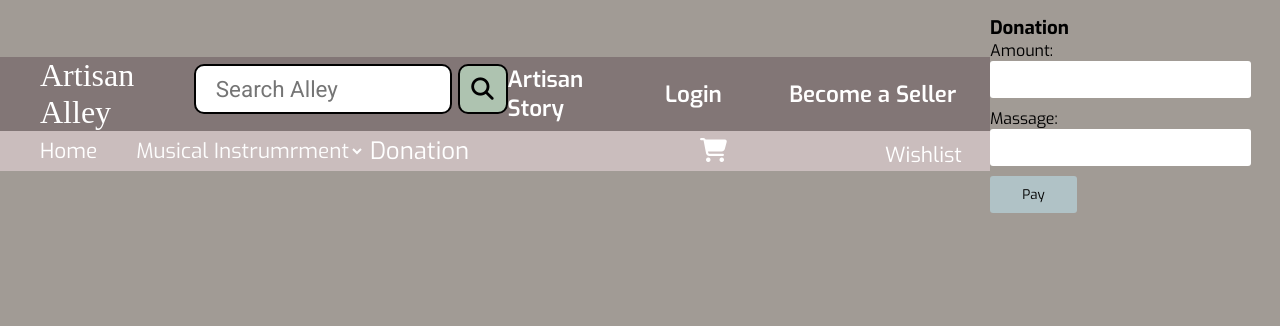
Repository: RingkhangBTY/Bytehacks_Hackathon_Project
Page: donation.html
These files come from the project's save history. The page is drawn as it stood at one moment and after the next save; the edit follows.
The browser window is 1280 px wide. The pictures show the whole page.
Some web fonts or font styles are not loaded; a fallback is used.

Above is the page before, as saved 2024-11-27 10:34:15.

### donation.html
<!DOCTYPE html>
<html lang="en">
<head>
    <meta charset="UTF-8">
    <meta name="viewport" content="width=device-width, initial-scale=1.0">
    <title>Document</title>
    <link
      rel="stylesheet"
      href="https://cdnjs.cloudflare.com/ajax/libs/font-awesome/6.7.1/css/all.min.css"
      integrity="sha512-5Hs3dF2AEPkpNAR7UiOHba+lRSJNeM2ECkwxUIxC1Q/FLycGTbNapWXB4tP889k5T5Ju8fs4b1P5z/iB4nMfSQ=="
      crossorigin="anonymous"
      referrerpolicy="no-referrer"
    />
    <link rel="stylesheet" href="style.css">
    <link rel="stylesheet" href="login/login-style.css">
</head>
<body>
    <header>
        <div class="split-div">
            <div class="half half-top">
              <a href="index.html" class="logo">Artisan Alley</a>

              <div class="searchdiv">
                <input
                  type="text"
                  placeholder="Search Alley"
                  class="searchbar"
                  id=""
                />

                <div class="search-icon">
                  <button class="alley-search">
                    <i class="fa-solid fa-magnifying-glass"></i>
                  </button>
                </div>
              </div>

              <div class="artisan-story">
                <a href="artisan-story.html" class="story" id="">Artisan Story</a>
              </div>

              <div class="login-and-seller">
                <a href="login/login.html" class="account-login login" id="">Login</a>
                <a href="" class="seller-login login" id="">Become a Seller</a>
              </div>
            </div>

            <div class="half half-bottom">
              <div class="home-and-categories nav2">
                <a href="index.html" class="home">Home</a>

                <label for="categories"></label>
                <select id="categories" class="categories">
                  <option value="" disabled selected>Categories</option>
                  <option value="" selected>Painting</option>
                  <option value="" selected>Sculpture</option>
                  <option value="" selected>Drawing</option>
                  <option value="" selected>Handcraft</option>
                  <option value="" selected>Musical Instrumrment</option>
                </select>
              </div>

              <div class="donation-container nav2">
                <a class="donation" href="donation.html">Donation</a>
              </div>

              <div class="cart-wishlist nav2">
                <a href="index.html" class="cart" id=""
                  ><i class="fa-solid fa-cart-shopping"></i
                ></a>

                <button class="wishlist" id="">Wishlist</button>
              </div>
            </div>
          </div>
    </header>

    <main>
        <div class="donation-container">
            <!-- <h2>Welcome to </h2> -->
            <form id="donation from">
                <h3>Donation</h3>
                <lab for="donation">Amount:</lab>
                <input type="amount" id="text" name="donate" required>

                <lab for="donation"> Massage:</lab>
                <input type="text" id="text" name="donate" >

                <button type="submit">Pay</button>
            </form>
        </div>
    </main>
</body>
</html>

### style.css
@import url("https://fonts.googleapis.com/css2?family=Roboto:ital,wght@0,100;0,300;0,400;0,500;0,700;0,900;1,100;1,300;1,400;1,500;1,700;1,900&display=swap");
@import url("https://fonts.googleapis.com/css2?family=Edu+AU+VIC+WA+NT+Pre:wght@400..700&display=swap");
@import url("https://fonts.googleapis.com/css2?family=Exo:ital,wght@0,100..900;1,100..900&display=swap");

* {
  margin: 0;
  padding: 0;
  box-sizing: border-box;
  font-family: Exo;
}

body {
  header {
    .split-div {
      width: 100%;
      height: 30%;

      .half {
        width: 100%;
      }

      .half-top {
        background-color: #827676;
        height: 70%;
        display: flex;
        justify-content: space-between;
        align-items: center;

        .logo {
          text-decoration: none;
          color: white;
          font-size: 2rem;
          font-family: Edu AU VIC WA NT Pre, cursive;
          font-weight: 500;
          margin-left: 40px;
        }

        .searchdiv {
          display: flex;

          .searchbar {
            height: 50px;
            width: 100%;
            border: black 2px solid;
            outline: none;
            border-radius: 10px;
            padding-left: 20px;
            font-size: 1.4rem;
            font-family: Roboto;
            margin-right: 5px;
          }

          .alley-search {
            display: flex;
            justify-content: center;
            align-items: center;
            width: 50px;
            height: 50px;
            background-color: #aec3b0;
            border: 2px black solid;
            margin-left: 1px;
            border-radius: 10px;
            cursor: pointer;

            i {
              color: black;
              font-size: 1.4rem;
            }
          }
        }

        .artisan-story .story{
          color: white;
          font-size: 1.4rem;
          text-decoration: none;
          font-family: Exo;
          font-weight: 600;
        }

        .login-and-seller {
          height: 60px;
          width: 400px;
          display: flex;
          justify-content: space-around;
          align-items: center;
        }

        .login-and-seller .login {
          color: white;
          font-size: 1.4rem;
          text-decoration: none;
          font-family: Exo;
          font-weight: 600;
        }
      }

      .half-bottom {
        background-color: #cabdbd;
        height: 30%;
        display: flex;
        justify-content: space-between;
        align-items: center;

        .nav2 {
          height: 40px;
          width: 250px;
          display: flex;
          justify-content: space-between;
          align-items: center;
          margin-left: 40px;
          margin-right: 40px;

          .home {
            text-decoration: none;
            color: white;
            margin-right: 10%;
            font-size: 1.3rem;
          }

          .categories {
            height: 100%;
            padding-left: 10px;
            text-align: center;
            border: none;
            background: transparent;
            border-radius: 5px;
            outline: none;
            font-size: 1.3rem;
            color: #fdfdfd;
            cursor: pointer;
          }
          .categories option[selected]{
            margin-left: 20px;
            background-color: #e6f7ff;
            color: #2a2828;
          }

          .donation{
            display: block;
            text-decoration: none;
            font-size: 1.5rem;
            color: white;
          }

          .cart {
            text-decoration: none;
            font-size: 1.5rem;
            color: white;
          }

          .wishlist {
            height: 100%;
            border-radius: 5px;
            background: transparent;
            border: none;
            outline: none;
            font-size: 1.3rem;
            color: white;
          }
        }
      }
    }
  }
}

.products{
  display: flex;
  gap: 10px;
  margin: 10px;
}

.left-container,.middle-container,.right-container{
  display: flex;
  border-radius: 5px;
  padding: 5px;
  padding-top: 10px;
  width: auto;
}
.left-container{
  padding-left: 17%;
}
.right-container{
  padding-right: 17%;
}
.grid-layout{
  display: grid;
  grid-template-rows: auto ;
  gap: 10px;
}
.grid-item{
  background-color: antiquewhite;
  border: 1px solid #ccc;
  width: 100%;
  border-radius: 5px;
  text-align: center;
  padding: 10px;
  padding-bottom: 10px;
}
.grid-item img{
  width: 100%;
  height: auto;
  border-radius: 5px;
}
.grid-item p{
  font-size: large;
  font-family: Cambria, Cochin, Georgia, Times, 'Times New Roman', serif;
  margin-bottom: 5%;
}

footer{
  background-color: #827676;
    color: #fff;
    padding: 20px 40px;
    text-align: center;
}

.footer-container{
  display: flex;
  justify-content: space-between;
  flex-wrap: wrap;
    gap: 40px;
    max-width: 1200px;
    margin: 0 auto;
    padding-left: 20%;
    padding-right: 20%;
}

.imfo-container{
  display: flex;
    flex-direction: column;
    align-items: center;
    gap: 10px;
}

.imfo-container h6{
  display: flex;
  flex-direction: column;
  font-size: 1rem;
  line-height: 1.6rem;
  display: flex;
  flex-direction: column;
  align-items: center;
  color: #ddd;
  margin: 10px auto;
}
.imfo-container  p, .imfo-container a{
  font-size: 1rem;
  line-height: 1.6rem;
  color: #ddd;
  text-decoration: none;
  display: block;
}

### login/login-style.css
body{
    font-family: Arial, Helvetica, sans-serif;
    background-color: rgb(161, 155, 149);
    display: flex;
    justify-content: center;
    align-items: center;
    height: auto;
    margin-top: 15px;
}
.login-container{
    background-color: antiquewhite;
    border-radius: 15px;
    padding: 15px;
    width: 50%;
    text-align: center;
    margin-top: 15%;
}
login-container h2{
    font-size: 1.4rem;
}
.h3{
    font-size: medium;
    margin-bottom: 20px;
}
label{
    display: block;
    text-align: left;
    margin-bottom: 5px;
    font-weight: bold;
}

input{
    width: 90%;
    padding: 10px;
    margin-bottom: 10px;
    border: 1px snow;
    border-radius: 3px;
}

button{
    width: 30%;
    padding: 10px;
    background-color: rgb(176, 194, 198);
    color: rgb(4, 4, 4);
    border: none;
    border-radius: 3px;
    cursor: pointer;
}

.login-container:hover{
    transform: translateY(-5px);
    box-shadow: 0 7px rgba(0,0, 0, 0.2);
}

.donation-container{

}

After the next save:
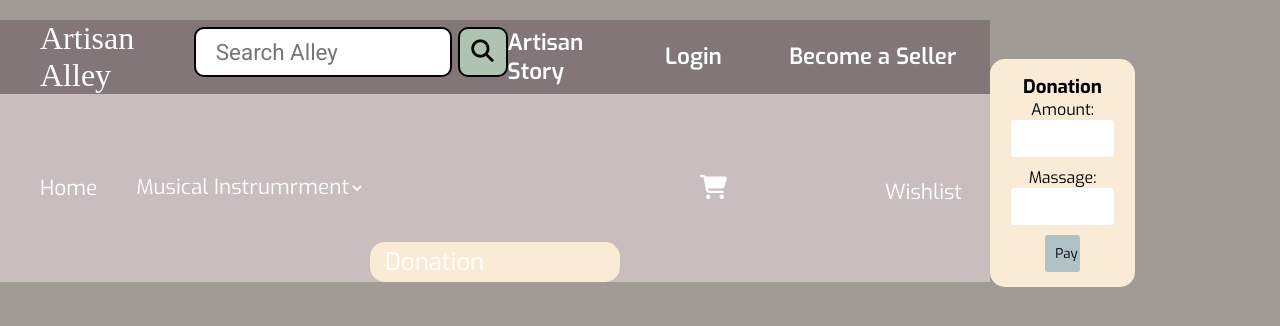
Saved 5 s later.
--- a/login/login-style.css
+++ b/login/login-style.css
@@ -53,5 +53,10 @@ button{
 }
 
 .donation-container{
-
+    background-color: antiquewhite;
+    border-radius: 15px;
+    padding: 15px;
+    width: 50%;
+    text-align: center;
+    margin-top: 15%;
 }
